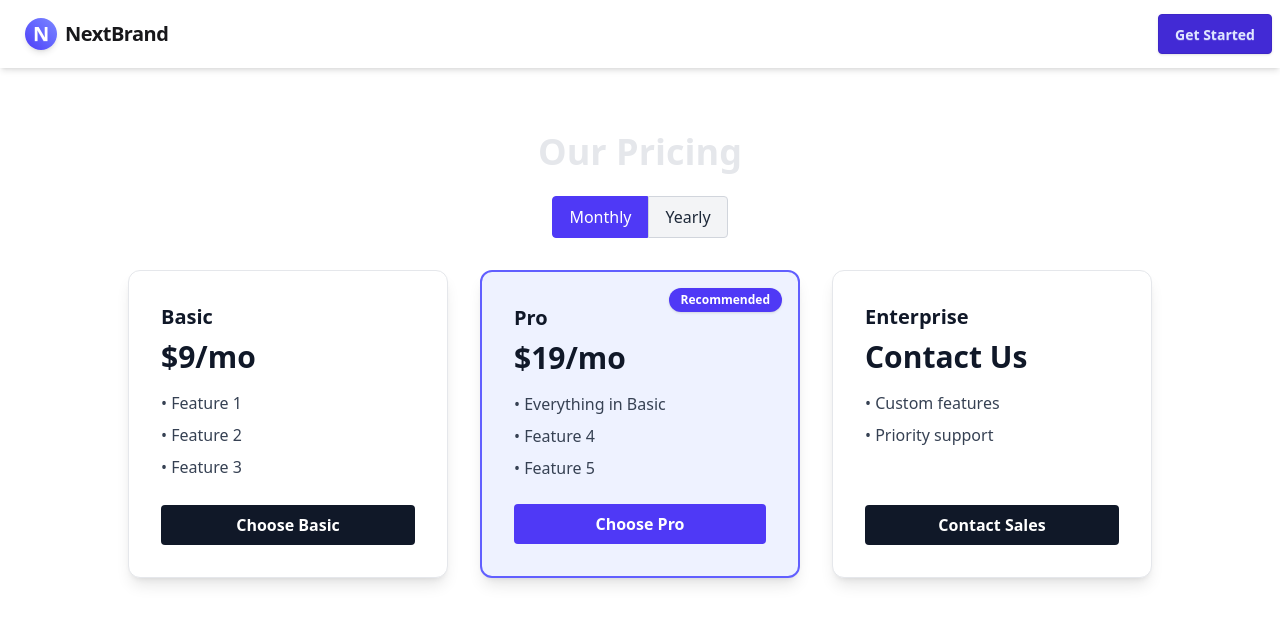
Repository: Chiranshukapil/Next_Brand
Page: /pricing
These files come from the project's save history. The page is drawn as it stood at one moment and after the next save; the edit follows.
The browser window is 1280 px wide. The pictures show the whole page.
The project was rebuilt for these pictures with package versions that can differ from the ones it lists, and the page was loaded fresh each time. Also part of the build but not shown: vite.config.js.

Above is the page before, as saved 2025-06-18 11:23:28.

After the next save:
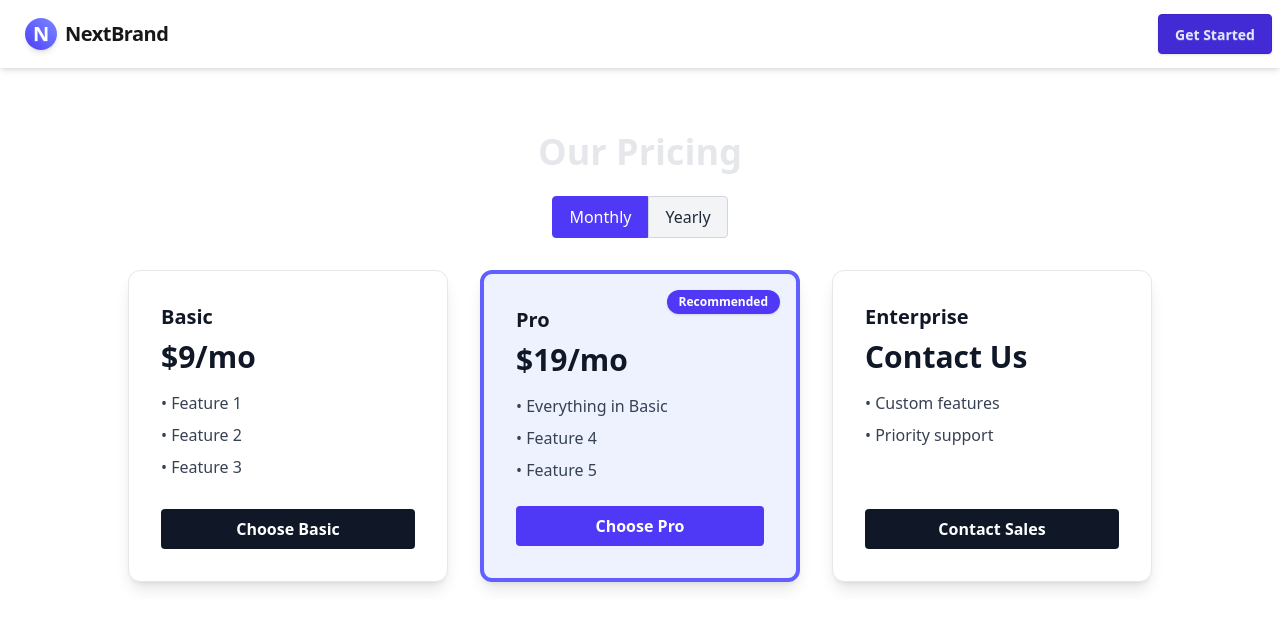
Saved 2 min 50 s later.
--- a/src/Components/PricingSection.jsx
+++ b/src/Components/PricingSection.jsx
@@ -75,7 +75,7 @@ export default function PricingSection() {
             key={plan.name}
             className={`relative flex flex-col p-8 rounded-xl shadow-lg transition-transform hover:scale-105 ${
               plan.recommended
-                ? "border-2 border-indigo-500 bg-indigo-50"
+                ? "border-4 border-indigo-500 bg-indigo-50"
                 : "bg-white border border-gray-200"
             }`}
           >
